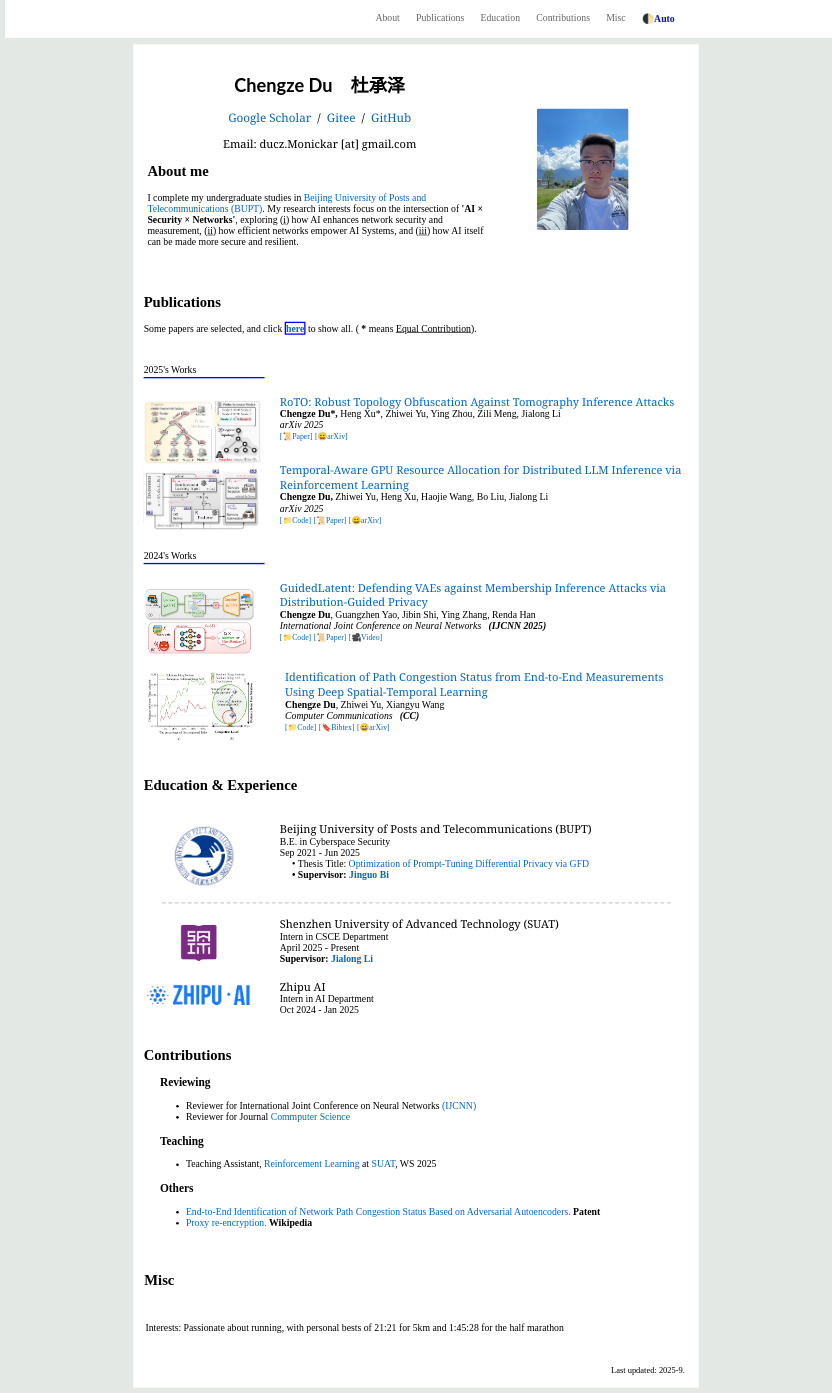
Repository: Monickar/Monickar.github.io
Page: index.html
An editor plug-in stored every save of this project. The page is shown before and after the next save, followed by the edit.
The browser window is 1280 px wide. The pictures show the whole page, at 65% of full size.

Above is the page before, as saved 2025-10-28 18:40:33.

### index.html
<!DOCTYPE HTML>
<html lang="en">
  <head>
    <meta http-equiv="Content-Type" content="text/html; charset=UTF-8">

    <title>Chengze's Homepage</title>

    <meta name="author" content="Chengze Du">
    <meta name="viewport" content="width=550px, initial-scale=1.0">
    <link rel="shortcut icon" href="./images/IMG_1936.JPG" type="image/x-icon" style="border-radius: 50%;"> <!-- 添加favicon 圆形-->
    <link rel="stylesheet" type="text/css" href="styles.css">
    <style>
/*
      * {
        font-family: Cambria, Georgia, serif;
      } */



    </style>
  </head>


  <body bgcolor="#E3E8E4">
    <!-- 导航栏 -->
    <nav class="navbar" bgcolor="#EEEEEE">
      <div class="nav-container">
        <a href="#" class="nav-brand"> </a>
        <div class="nav-links">
          <a href="#about">About</a>
          <a href="#pub">Publications</a>
          <a href="#education">Education</a>
          <a href="#contributions">Contributions</a>
          <a href="#misc">Misc</a>
          <a id="darkToggle" style="color: rgb(12, 12, 193); font-weight: bolder;">Mode🌓</a>

        </div>
      </div>
    </nav>

    <!-- 原有内容开始 -->
    <table id="about" style="width:100%; background:#FFFFFF; max-width:870px;border:0px;border-spacing:0px;border-collapse:separate;margin-right:auto;margin-left:auto;"><tbody>
      <tr style="padding:0px">
        <td style="padding:0px">
          <table style="width:100%;border:0px;border-spacing:0px;border-collapse:separate;margin-right:auto;margin-left:auto;"><tbody>
            <tr style="padding:0px">
              <td style="padding:2.5%;width:60%;vertical-align:middle">

                <p class="name" style="text-align: center; font-size: 28px;">
                  Chengze Du &ensp;  杜承泽
                </p>

                <p style="text-align:center; font-size: 18px; font-family: Georgia">
                  <a href="https://scholar.google.com/citations?hl=zh-CN&user=y4ty-f4AAAAJ">Google Scholar</a> &nbsp;/&nbsp;
                  <a href="https://gitee.com/monickar">Gitee</a> &nbsp;/&nbsp;
                  <a href="https://github.com/Monickar">GitHub</a>
                </p>

                <p style="text-align:center; font-size: 17px; font-family: Georgia">
                Email: ducz.Monickar [at] gmail.com
                </p>
                <h2>About me</h2>

                <p style="font-size: 15px;"> I complete my undergraduate studies in <a href="https://www.bupt.edu.cn/">Beijing University of Posts and Telecommunications (BUPT)</a>.
                  My research interests focus on the intersection of <strong>'AI <strong>×</strong> Security <strong>×</strong> Networks'</strong>, exploring (<u>i</u>) how AI enhances network security and measurement, (<u>ii</u>) how efficient networks empower AI Systems, and (<u>iii</u>) how AI itself can be made more secure and resilient.

                </p>
              </td>
              <td style="padding:5.5%; width:31%; max-width:37%; padding-top:10%;">
                <a href="https://ccfddl.com/"><img style="width:70%; max-width:70%;object-fit: cover; border-radius: 2%;" alt="profile photo" src="images/chengze.jpg" class="hoverZoomLink"></a>
              </td>
            </tr>
          </tbody></table>


      <table id="pub" style="width:100%;border:0px;border-spacing:0px;border-collapse:separate;margin-right:auto;margin-left:auto;"><tbody>
          <tr>
          <td style="padding:16px;width:100%;vertical-align:middle">
            <h2>Publications</h2>
            <p>
             Some papers are selected, and click <strong><a href="FullPaperList.html" class="text-with-border">here</a></strong> to show all.
              ( <strong>*</strong> means <u>Equal Contribution</u>).
            </p>
             <!-- Some works are <span class="highlight">highlighted</span>.  -->
          </td>
        </tr>
      </tbody></table>
      <table style="width:100%;border:0px;border-spacing:0px;border-collapse:separate;margin-right:auto;margin-left:auto;"><tbody>


      <!-- 2025 分隔符 -->
      <td style="padding:16px; width:25%; vertical-align:middle; margin-top: 2px;">
        <span class="year">2025's Works</span>
        <div style="height: 2px; background-color: blue; margin-top: 2px;"></div>
      </td>

      <tr >
        <td style="padding:16px;width:25%;vertical-align:top">
          <div class="one">
            <img src="images/RoTO-1.png" class="top" alt="SecureNT alternate" width="180" height="100">
            <img src="images/RoTO-2.png" class="bottom" alt="SecureNT" style="width:180px; height:65px;">
          </div>
        </td>
        <td style="padding:8px;width:80%; vertical-align:top">
          <a href="https://arxiv.org/abs/2508.12852">
        <span class="papertitle">RoTO: Robust Topology Obfuscation Against Tomography Inference Attacks</span>
          </a>
          <br>
          <strong>Chengze Du*,</strong>
          Heng Xu*,
          Zhiwei Yu,
          Ying Zhou,
          Zili Meng,
          Jialong Li

          <br>
          <em>arXiv  2025</em>
          <br>
          <!-- <a href="" style="font-size: 0.8em;">[📁Code]</a> -->
          <a href="https://arxiv.org/pdf/2508.12852" style="font-size: 0.8em;">[📜Paper]</a>
          <a href="https://arxiv.org/abs/2508.12852" style="font-size: 0.8em;">[😀arXiv]</a>
          <p></p>
        </td>
      </tr>



      <tr >
        <td style="padding:16px;width:20%;vertical-align:top">
          <div class="one">
            <img src="images/gpu_infer_component.png" class="top" alt="SecureNT alternate" width="180" height="100">
            <img src="images/tcc_intro.png" class="bottom" alt="SecureNT" style="width:180px; height:90px;">
          </div>
        </td>
        <td style="padding:8px;width:80%; vertical-align:middle">
          <a href="https://arxiv.org/abs/2507.10259">
        <span class="papertitle">Temporal-Aware GPU Resource Allocation for Distributed LLM Inference via Reinforcement Learning</span>
          </a>
          <br>
          <strong>Chengze Du,</strong>
          Zhiwei Yu,
          Heng Xu,
          Haojie Wang,
          Bo Liu,
          Jialong Li

          <br>
          <em>arXiv  2025</em>
          <br>
          <a href="https://gitee.com/Monickar/OT4GpuInference" style="font-size: 0.8em;">[📁Code]</a>
          <a href="https://arxiv.org/pdf/2507.10259" style="font-size: 0.8em;">[📜Paper]</a>
          <a href="https://arxiv.org/abs/2507.10259" style="font-size: 0.8em;">[😀arXiv]</a>
          <p></p>

        </td>
      </tr>


      <!-- 2024 分隔符 -->
      <td style="padding:16px; width:20%; vertical-align:middle; margin-top: 2px;">
        <span class="year">2024's Works</span>
        <div style="height: 2px; background-color: blue; margin-top: 2px;"></div>
      </td>

      <tr >
        <td style="padding:16px;width:20%;vertical-align:top">
          <div class="one">
            <img src="images/anti-vae.png" class="top" alt="SecureNT alternate" width="170" height="110">
            <img src="images/vae-anti-mia.png" class="bottom" alt="SecureNT" style="width:170px; height:85px;">
          </div>
        </td>
        <td style="padding:8px;width:80%; vertical-align:top">
          <a href="">
        <span class="papertitle">GuidedLatent: Defending VAEs against Membership Inference Attacks via Distribution-Guided Privacy
          </a>
          <br>
          <strong>Chengze Du</strong>,
                  Guangzhen Yao,
                  Jibin Shi,
                  Ying Zhang,
                  Renda Han
          <br>
          <em>International Joint Conference on Neural Networks <strong>&nbsp (IJCNN 2025)</strong></em>
          <br>
          <a href="https://anonymous.4open.science/r/VAE-Anti-MIA-DB1A/README.md" style="font-size: 0.8em;">[📁Code]</a>
          <a href="./files/IJCNN_2025.pdf" style="font-size: 0.8em;">[📜Paper]</a>
          <!-- <a href="./files/" style="font-size: 0.8em;">[😀arXiv]</a> -->
          <a href="https://vimeo.com/1095995168" style="font-size: 0.8em;">[🎥Video]</a>
          <!-- <a href="https://arxiv.org/abs/2412.10762" style="font-size: 0.8em;">[📄Poster]</a> -->
          <br>
          <br>
        </td>
      </tr>




    <tr>
      <td style="padding:16px;width:20%;vertical-align:top">
          <div class="one">
            <img src="images/CC_1.png" class="top" alt="SecureNT alternate" width="170" height="110">
            <img src="images/AAE-LSTM.png" class="bottom" alt="SecureNT" style="width:170px; height:110px;">
          </div>
      </td>
      <td style="padding:16px;width:70%;vertical-align:top">
        <a href="https://www.sciencedirect.com/science/article/pii/S0140366425001513">
          <span class="papertitle">Identification of Path Congestion Status from End-to-End Measurements Using Deep Spatial-Temporal Learning</span>
        </a>
        <br>
        <strong>Chengze Du</strong>,
        Zhiwei Yu, Xiangyu Wang
        <br>
        <em>Computer Communications  &nbsp <strong>(CC)</strong> </em>
        <br>
        <a href="https://github.com/Monickar/ACS" style="font-size: 0.8em;">[📁Code]</a>
        <a href="./Bibtex/CC_NT_2025.txt" style="font-size: 0.8em;">[🔖Bibtex]</a>
        <a href="https://arxiv.org/abs/2412.10762" style="font-size: 0.8em;">[😀arXiv]</a>
      </td>
    </tr>

          </tbody></table>

          <table style="width:100%;border:0px;border-spacing:0px;border-collapse:separate;margin-right:auto;margin-left:auto;"><tbody>
            <tr>
            <td style="padding:16px;width:100%;vertical-align:middle">
              <h2>Education & Experience</h2>
            </td>
          </tr>
        </tbody></table>

        <!-- 教育经历 -->
        <table id="education" style="width:100%;border:0px;border-spacing:0px;border-collapse:separate;margin-right:auto;margin-left:auto;"><tbody>

          <tr>
            <td style="padding:16px;width:25%;vertical-align:middle"> <!-- 图片设置为居中 -->
              <img src="images/bupt-logo-1.png" alt="BUPT" width="90" style="display: block; margin: 0 auto;">
            </td>
            <td style="padding:8px;width:75%;vertical-align:middle">
              <span class="papertitle">Beijing University of Posts and Telecommunications (BUPT)</span>
              <br>
              B.E. in Cyberspace Security
              <br>
              Sep 2021 - Jun 2025
              <br>
                &emsp; • Thesis Title:
                 <font color="#1772D0"> <a href="https://gitee.com/Monickar/Bachelor_Thesis" >  Optimization of Prompt-Tuning Differential Privacy via GFD</a> </font>
              <br>
              <strong>
                &emsp; • Supervisor: <a href="https://scss.bupt.edu.cn/info/1063/3984.htm">Jinguo Bi</a>
              </strong>
              <p></p>
            </td>

          </tr>

          <!-- 添加虚线分隔符 -->
          <tr>
            <td colspan="2" style="padding: 10px 0">
              <div style="border-top: 2px dashed #ccc; width: 90%; margin: 0 auto;"></div>
            </td>
          </tr>

          <tr>
            <td style="padding:16px 16px 8px 16px;width:20%;vertical-align:middle">
              <img src="images/suat-logo.png" alt="Internship" width="170">
            </td>
            <td style="padding:4px 8px 4px 8px;width:80%;vertical-align:middle">
              <span class="papertitle">Shenzhen University of Advanced Technology (SUAT) </span>
              <br>
              Intern in CSCE Department
              <br>
              April 2025 - Present
              <br>
              <strong>Supervisor: <a href="https://franklee94.github.io/index.html">Jialong Li</a></strong>
            </td>
          </tr>

          <tr>
            <td style="padding:16px;width:20%;vertical-align:middle">
              <img src="images/Zhipu_AI.png" alt="Internship" width="170">
            </td>
            <td style="padding:8px;width:80%;vertical-align:middle">
              <span class="papertitle"> Zhipu AI</span>
              <br>
              Intern in AI Department
              <br>
              Oct 2024 - Jan 2025
          </tr>

        </tbody></table>

 <!-- 专利 -->

 <table id="contributions" style="width:100%;border:0px;border-spacing:0px;border-collapse:separate;margin-right:auto;margin-left:auto;"><tbody>
  <tr>
    <td style="padding:16px; width:100%; vertical-align:middle">
      <h2>Contributions</h2>

      <div style="padding-left: 25px;">
        <h3>Reviewing</h3>
        <ul>
          <li>Reviewer for International Joint Conference on Neural Networks <a href="https://ijcnn2024.org/">(IJCNN) </a>  </li>
          <li>Reviewer for Journal <a href="https://www.jsjkx.com/EN/1002-137X/home.shtml"> Commputer Science </a>  </li>
        </ul>
      </div>

      <div style="padding-left: 25px;">
        <h3>Teaching</h3>
        <ul>
          <li>Teaching Assistant,<a href=""> Reinforcement Learning </a> at <a href="https://suat-sz.edu.cn/en/">SUAT</a>, WS 2025</li>

        </ul>
      </div>


      <div style="padding-left: 25px;">

        <h3>  Others</h3>
      <ul>
        <li> <a href="https://patentimages.storage.googleapis.com/00/00/00/0000000000000000000000000000000000000000000000000000000000000000.pdf"> End-to-End Identification of Network Path Congestion Status
          Based on Adversarial Autoencoders.</a> <strong>Patent</strong></li>
        <li><a href="https://zh.wikipedia.org/wiki/%E4%BB%A3%E7%90%86%E9%87%8D%E5%8A%A0%E5%AF%86">Proxy re-encryption.</a> <strong>Wikipedia</strong></li>
      </ul>
      </div>






    </td>
  </tr>
</tbody></table>



		<table style="width:100%; margin:0 auto; border:0; border-spacing:0; padding:16px;"><tbody>
            <tr>
              <td>
                <h2>Misc</h2>
              </td>
            </tr>
          </tbody></table>
          <table id="misc" style="width:100%;border:0px;border-spacing:0px;border-collapse:separate;margin-right:auto;margin-left:auto;"><tbody>

        <!-- 其他内容 : Interests: Passionate about running, with personal bests of 21:21 for 5km and 1:45:28 for the half marathon-->
        <p>&emsp; Interests: Passionate about running, with personal bests of 21:21 for 5km and 1:45:28 for the half marathon</p>

          </tbody></table>
          <table style="width:100%; border:5px;border-spacing:0px;border-collapse:separate;margin-right:auto;margin-left:auto;"><tbody>
            <tr>
              <td style="padding:5px">
                <br>
                <p style="text-align:right;font-size:small;">
                  Last updated: 2025-9. &emsp;
                </p>
              </td>
            </tr>
          </tbody></table>


        </td>
      </tr>
    </table>

    <script>
    const btn = document.getElementById('darkToggle');
    const mode = localStorage.getItem('mode') || 'auto'; // 'auto', 'dark', 'light'

    function isDarkTime() {
      const hour = new Date().getHours();
      return hour >= 18 || hour < 6; // 20:00-6:00: dark time
    }

    function applyTheme() {
      const shouldBeDark = mode === 'dark' || (mode === 'auto' && isDarkTime());
      document.body.classList.toggle('dark', shouldBeDark);


      if (mode === 'auto') {
        btn.textContent = '🌓Auto';
        btn.title = 'Turn Dark';
      } else {
        btn.textContent = shouldBeDark ? '🌓Dark' : '🌓Light';
        btn.title = shouldBeDark ? 'Turn Light' : 'Turn Auto';
      }
    }

    btn.onclick = () => {
      const modes = ['light', 'auto', 'dark'];
      const idx = modes.indexOf(mode);
      const newMode = modes[(idx + 1) % 3];
      localStorage.setItem('mode', newMode);
      location.reload(); // 简单刷新应用新模式
    };

    applyTheme();
    // 每分钟检查一次时间（仅在自动模式下有用）
    if (mode === 'auto') setInterval(applyTheme, 1000000);
    </script>


  </body>
</html>

### styles.css
.name {
  padding-top: 20px;
  margin: 0;
  font-family: 'Lato', Cambria, Georgia, serif;
  font-size: 10px;
  font-weight: bold;
}

.papertitle {
  font-family: Cambria, Georgia, Helvetica, sans-serif;
  font-size: 17px;
  font-weight: 550;
}


a {
    color: #0066cc; /* 设置链接颜色为蓝色 */
    text-decoration: none;
}

a:focus,

a:hover {
    text-decoration: underline;
    color: #f09228;
}

.text-with-border {
border: 2px solid blue; /* 边框宽度为 2px，样式为实线，颜色为蓝色 */
}
/* 导航栏样式 */
.navbar {
  background-color: #ffffff;
  padding: 15px 0;
  border-bottom: 1px solid #eee;
  position: fixed;
  top: 0;
  width: 100%;
  z-index: 1000;
}

.nav-container {
  max-width: 800px;
  margin: 0 auto;
  display: flex;
  justify-content: space-between;
  align-items: center;
}

.nav-brand {
  font-size: 1.5em;
  font-weight: bold;
  color: #333;
  text-decoration: none;
}

.nav-links {
  display: flex;
  gap: 20px;
}

.nav-links a {
  color: #666;
  text-decoration: none;
  padding: 5px 10px;
  transition: color 0.3s ease;
}

.nav-links a:hover {
  color: #1772D0;
}

/* 为了防止内容被导航栏遮挡 */
body {
  padding-top: 60px;
}

/* 修改图片切换相关的样式 */
.one {
  position: relative;
  display: inline-block;
}

.one img {
  position: absolute;
  left: 0;
  top: 0;
  transition: opacity 0.2s ease-in-out;
}

.one img.bottom {
  z-index: 1;
  position: relative;
}

.one img.top {
  z-index: 2;
}

.one:hover img.top {
  opacity: 0;
}

.hidden-link {
  color: inherit;
  text-decoration: none;
  cursor: default;
}

.hidden-link:hover {
  color: inherit;
  text-decoration: none;
}

body {
  font-size: 15px; /* 默认大小，可修改为所需值 */
}

body.dark {
  background: #1a1a1a !important;
  color: #e0e0e0 !important;
}

body.dark .navbar,
body.dark table {
  background: #2d2d2d !important;
}

body.dark a {
  color: #66b3ff !important;
}

body.dark .nav-links a {
  color: #b0b0b0 !important;
}

body.dark .nav-links a:hover {
  color: #66b3ff !important;
}

body.dark .papertitle {
  color: #66b3ff !important;
}

body.dark .year {
  color: #66b3ff !important;
}


.navbar {
  width: 100%; /* 占满屏幕宽度 */
}
.nav-container {
  display: flex;
  justify-content: space-between; /* 内容左右分布 */
  align-items: center;

}

.nav-links {
  display: flex;
  gap: 5px; /* 链接间添加间隔 */
}

After the next save:
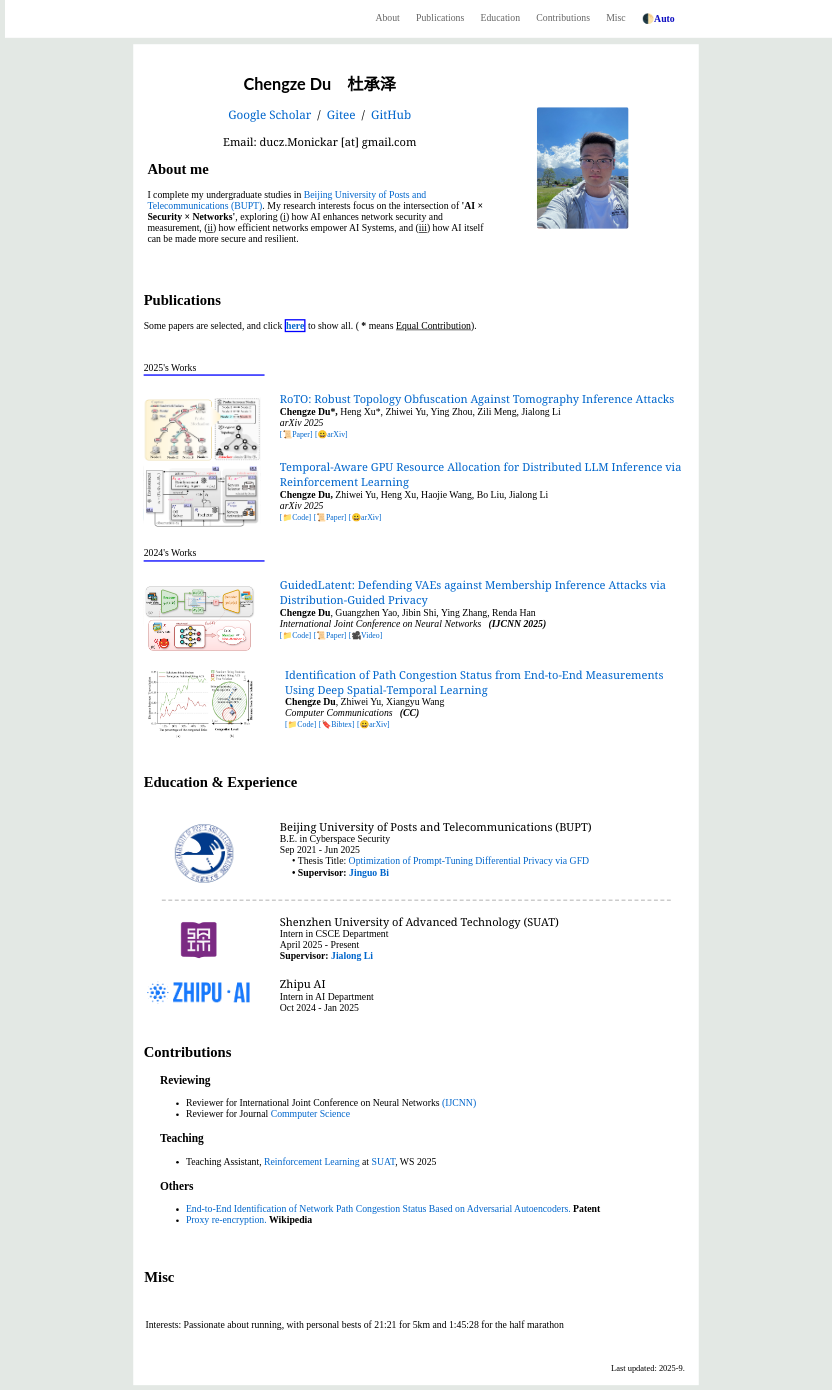
Saved 19 s later.
--- a/index.html
+++ b/index.html
@@ -46,7 +46,7 @@
             <tr style="padding:0px">
               <td style="padding:2.5%;width:60%;vertical-align:middle">
 
-                <p class="name" style="text-align: center; font-size: 28px;">
+                <p class="name" style="text-align: center; font-size: 25px;">
                   Chengze Du &ensp;  杜承泽
                 </p>
 
